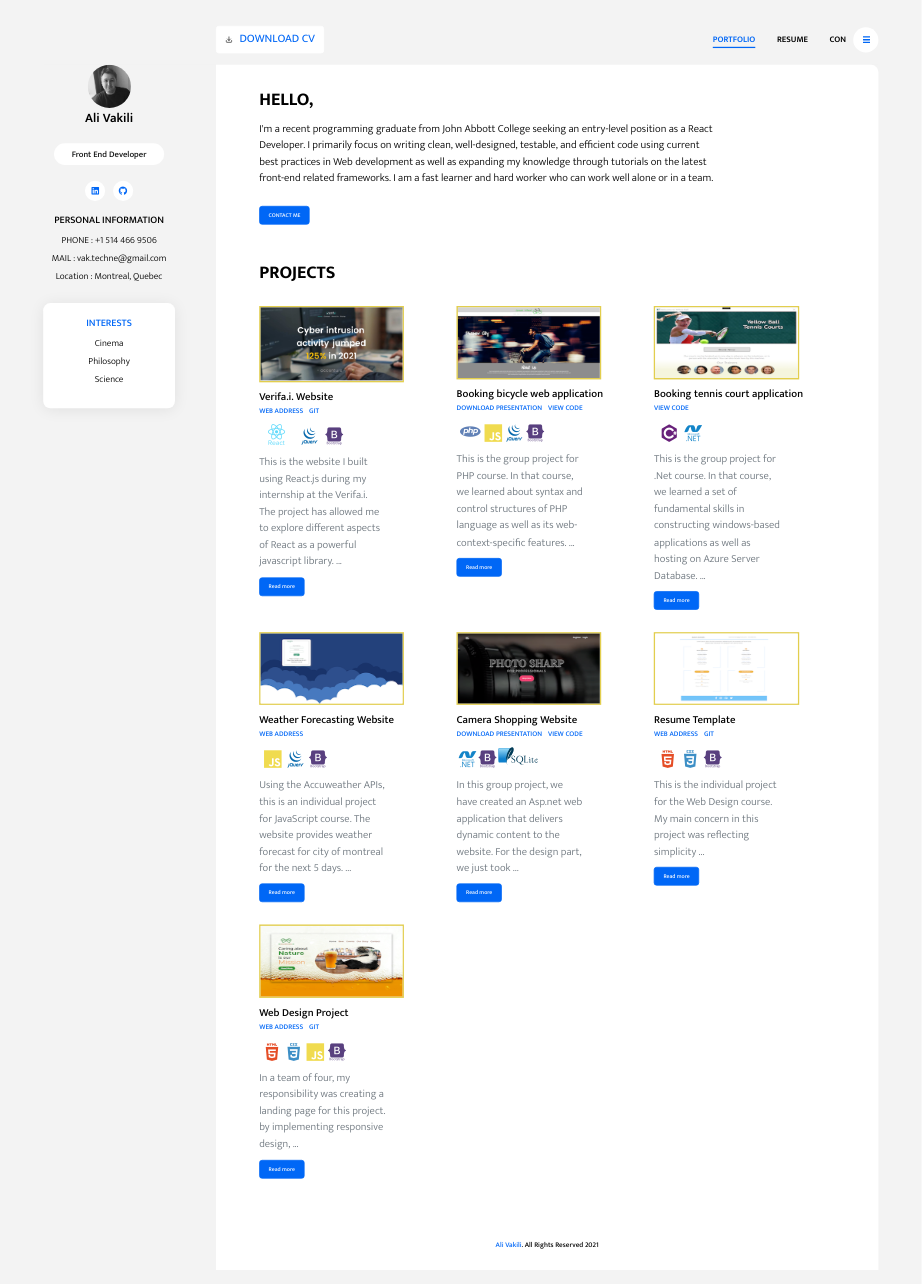
Repository: Ali-VB/portfolio_static
Page: index.html
The author's editor kept a copy of each file at every save. The page is drawn from the files as they stood at one save, then again after the next save.
The browser window is 1280 px wide. The pictures show the whole page, at 72% of full size.
Some web libraries are served in a nearby version.

Above is the page before, as saved 2022-05-11 21:54:42.

After the next save:
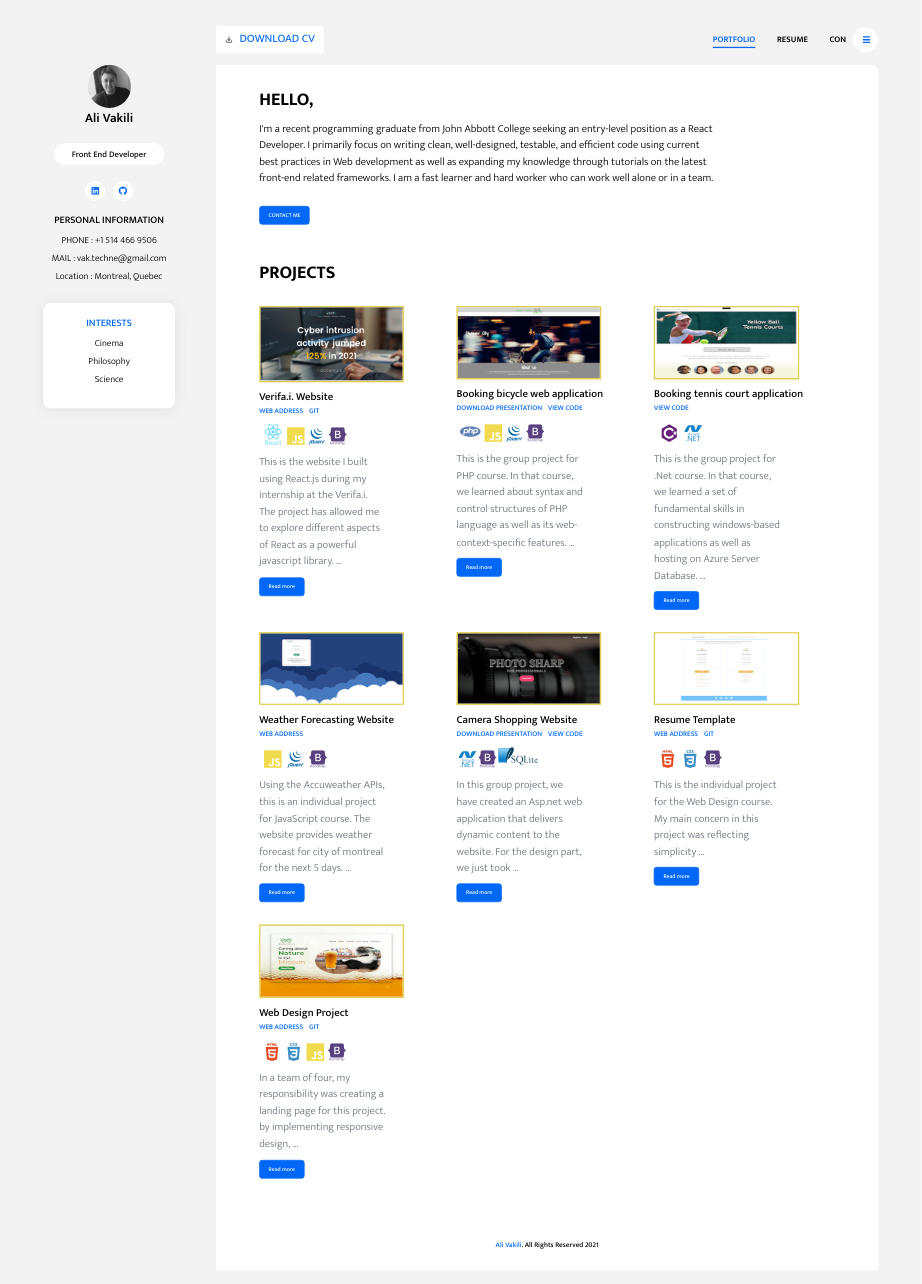
Saved 5 s later.
--- a/index.html
+++ b/index.html
@@ -123,7 +123,7 @@
                             <div class="client-logo"><i style="font-size: 30px;" class="devicon-react-original-wordmark colored "></i>
                             </div>
                             <div class="client-logo"><i style="font-size: 25px;"
-                                    ></i></div>
+                                    class="devicon-javascript-plain colored "></i></div>
                             <div class="client-logo"><i style="font-size: 25px;"
                                     class="devicon-jquery-plain-wordmark colored "></i></div>
                             <div class="client-logo"><i style="font-size: 25px;"
